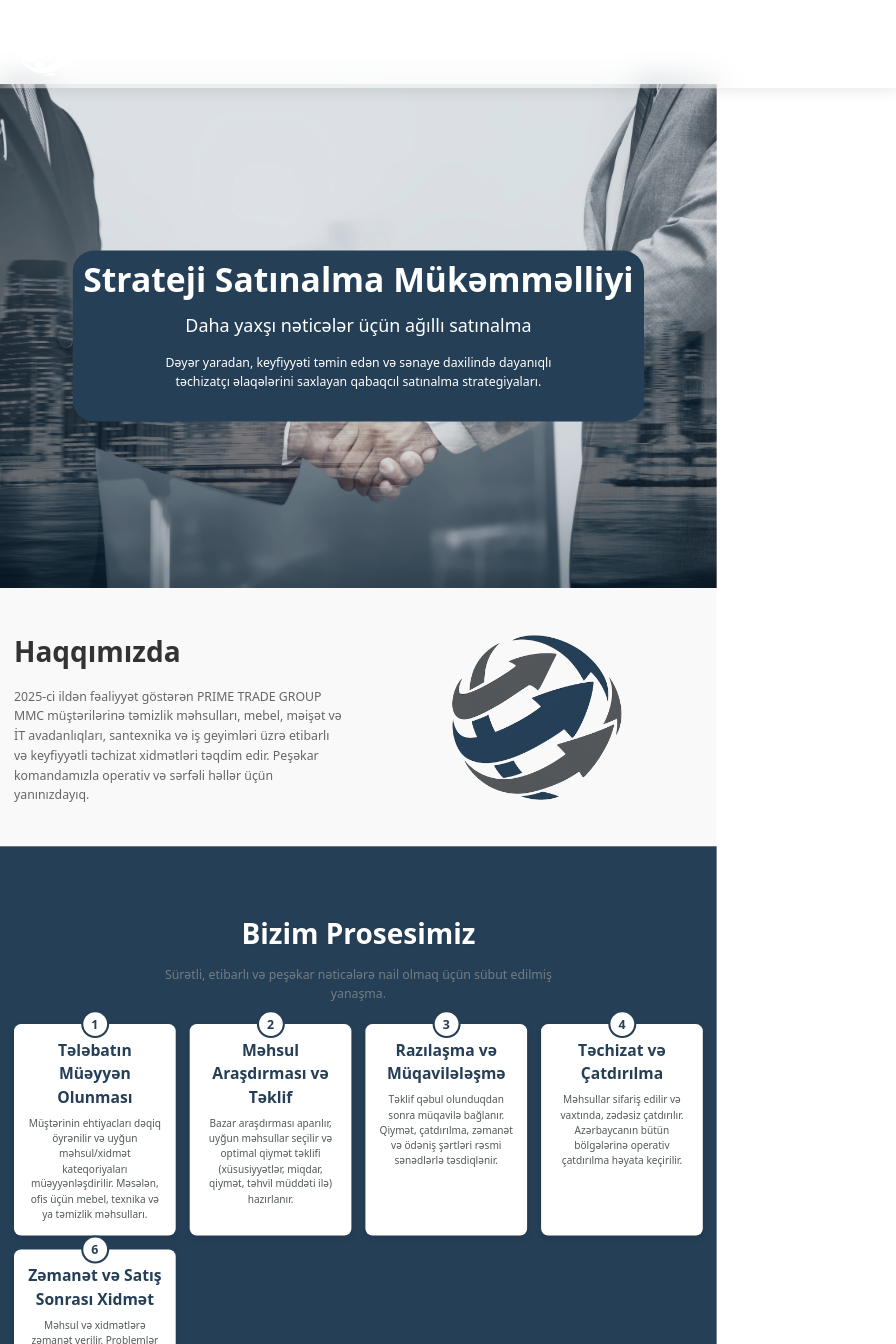
Repository: ferhadsultan98/primetradegroup
Page: /
These files come from the project's save history. The page is drawn as it stood at one moment and after the next save; the edit follows.
The browser window is 1280 px wide. The pictures show the part of the page from y = 0 to 1920 px (the page is 5479 px tall), at 70% of full size.
The page's requests for data from a server got no answer. The project was rebuilt for these pictures with package versions that can differ from the ones it lists, and the page was loaded fresh each time. No one was signed in, and anything a server would have sent is missing. Also part of the build but not shown: vite.config.js, src/Components/Mainlayout/MainLayout.scss, src/Pages/About/About.scss, src/Components/SectionHeader/SectionHeader.scss, src/Components/BreadCrumb/BreadCrumb.scss, src/Components/BreadCrumb/BreadCrumb.jsx, src/Components/SectionHeader/SectionHeader.jsx, src/Pages/About/About.jsx and 21 more.

Above is the page before, as saved 2025-08-09 15:14:47.

After the next save:
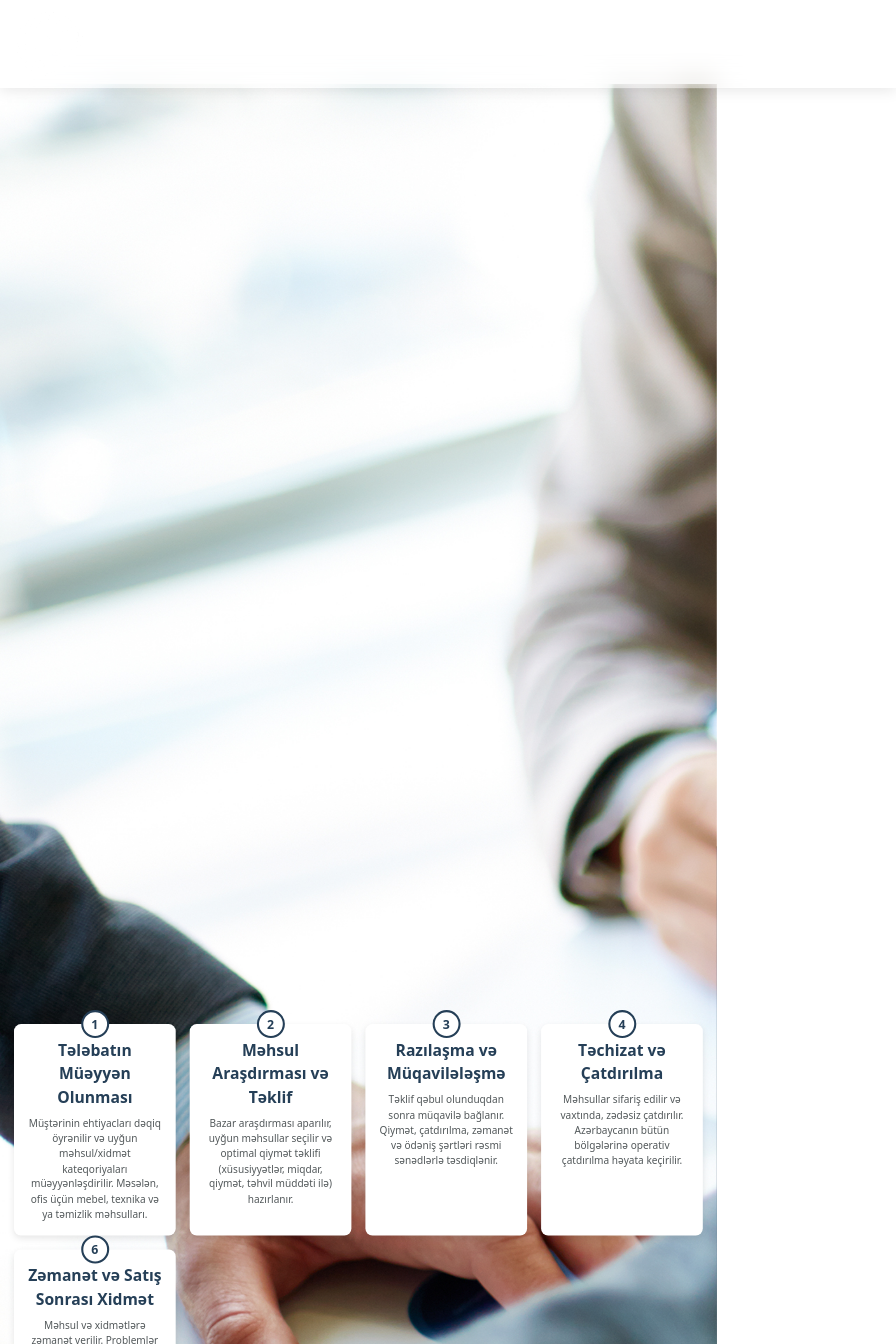
Saved 9 s later.
--- a/src/Pages/Home/HomeSection.scss
+++ b/src/Pages/Home/HomeSection.scss
@@ -33,6 +33,7 @@
     position: relative;
     width: 100%;
     height: 100vh;
+    border
 
     .slideItem {
       position: absolute;

After the save that followed:
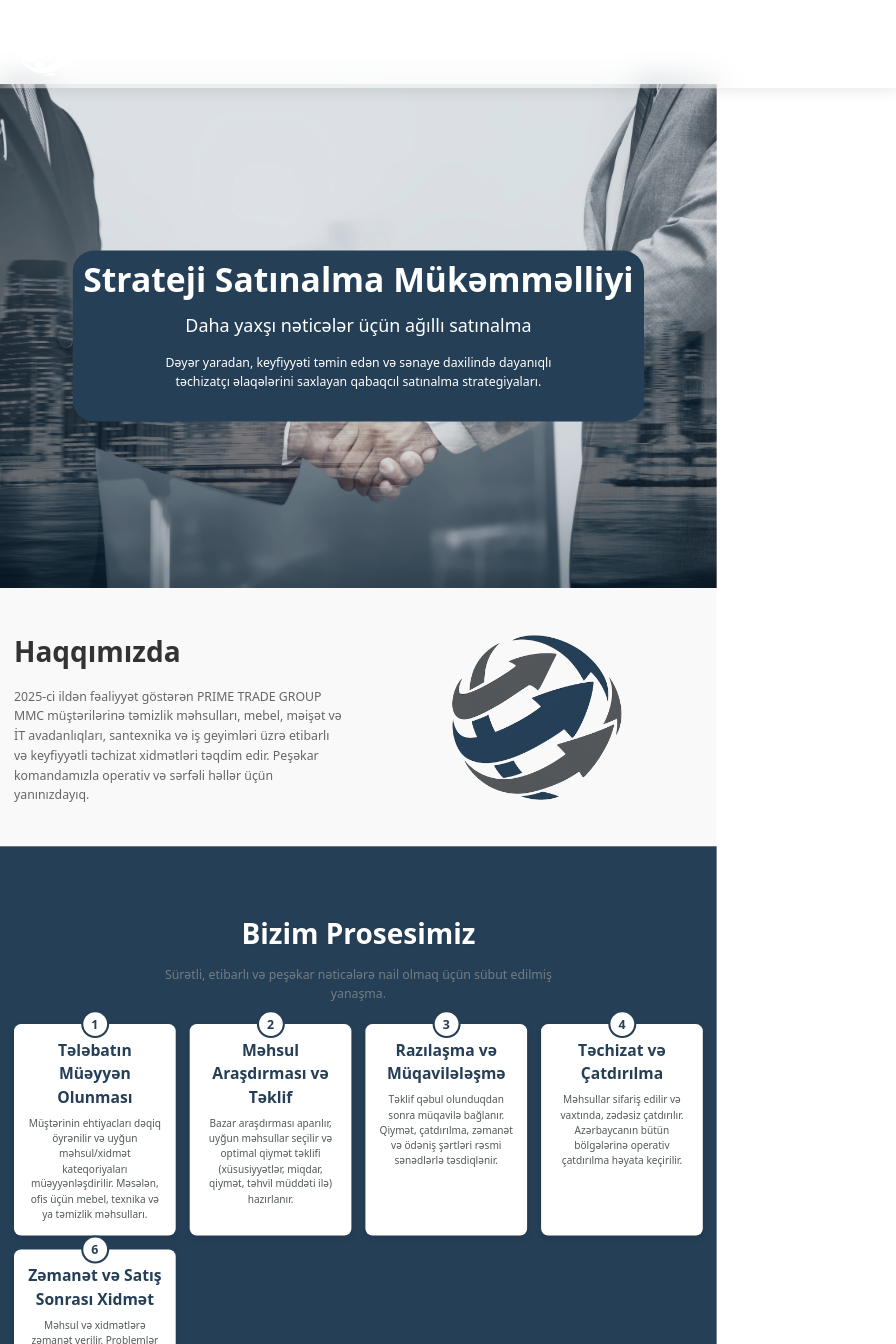
Saved 6 s later.
--- a/src/Pages/Home/HomeSection.scss
+++ b/src/Pages/Home/HomeSection.scss
@@ -33,7 +33,7 @@
     position: relative;
     width: 100%;
     height: 100vh;
-    border
+    border-radius: 2rem;
 
     .slideItem {
       position: absolute;
